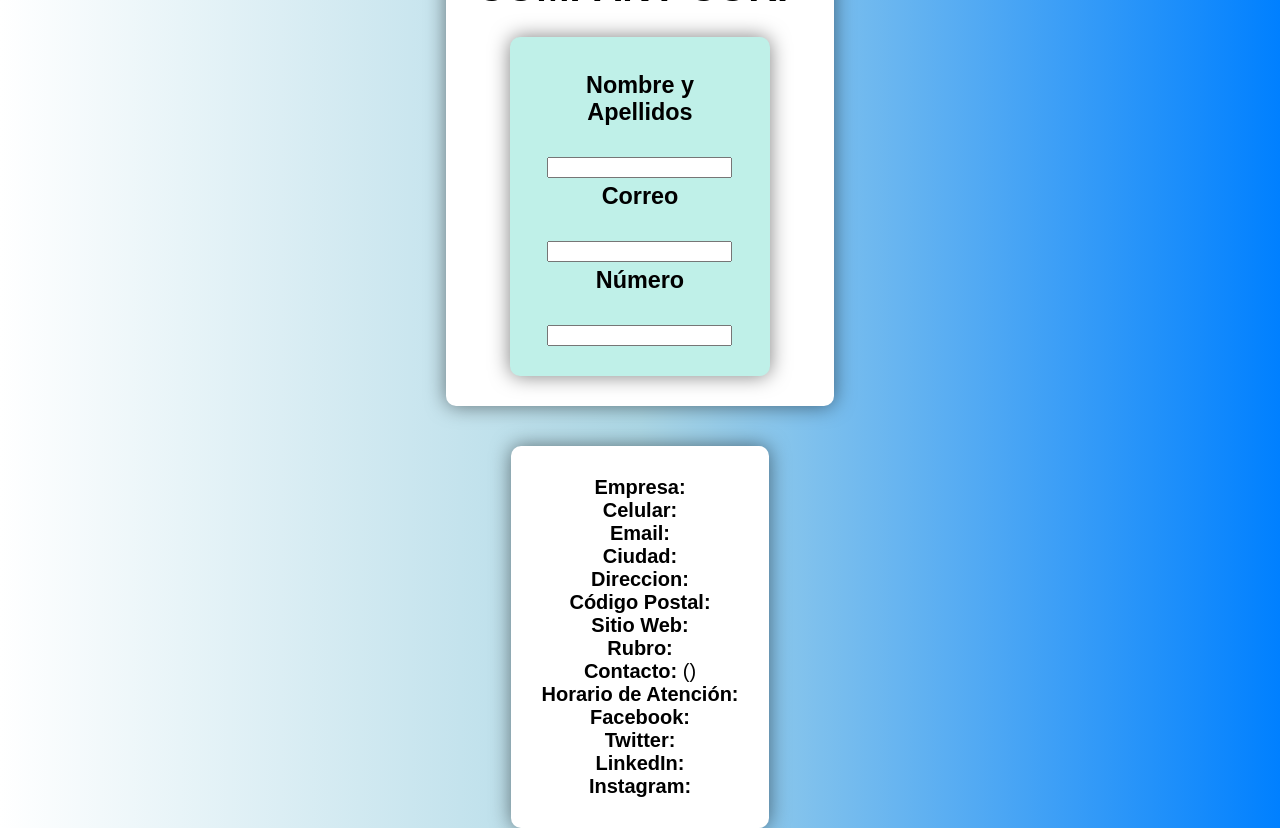
Repository: ANGELEDU141/TAREAWEBEWJASJDASJ
Page: http://localhost/JAVAWEBTAREA/WEB-INF/views/contenido.jsp
These files come from the project's save history. The page is drawn as it stood at one moment and after the next save; the edit follows.
The browser window is 1280 px wide. The pictures show the whole page.
The page is served by Tomcat 9. Nobody is signed in. The template is opened directly, without the code that normally fills it, so the values that code supplies are empty.

Above is the page before, as saved 2024-09-01 10:04:27.

After the next save:
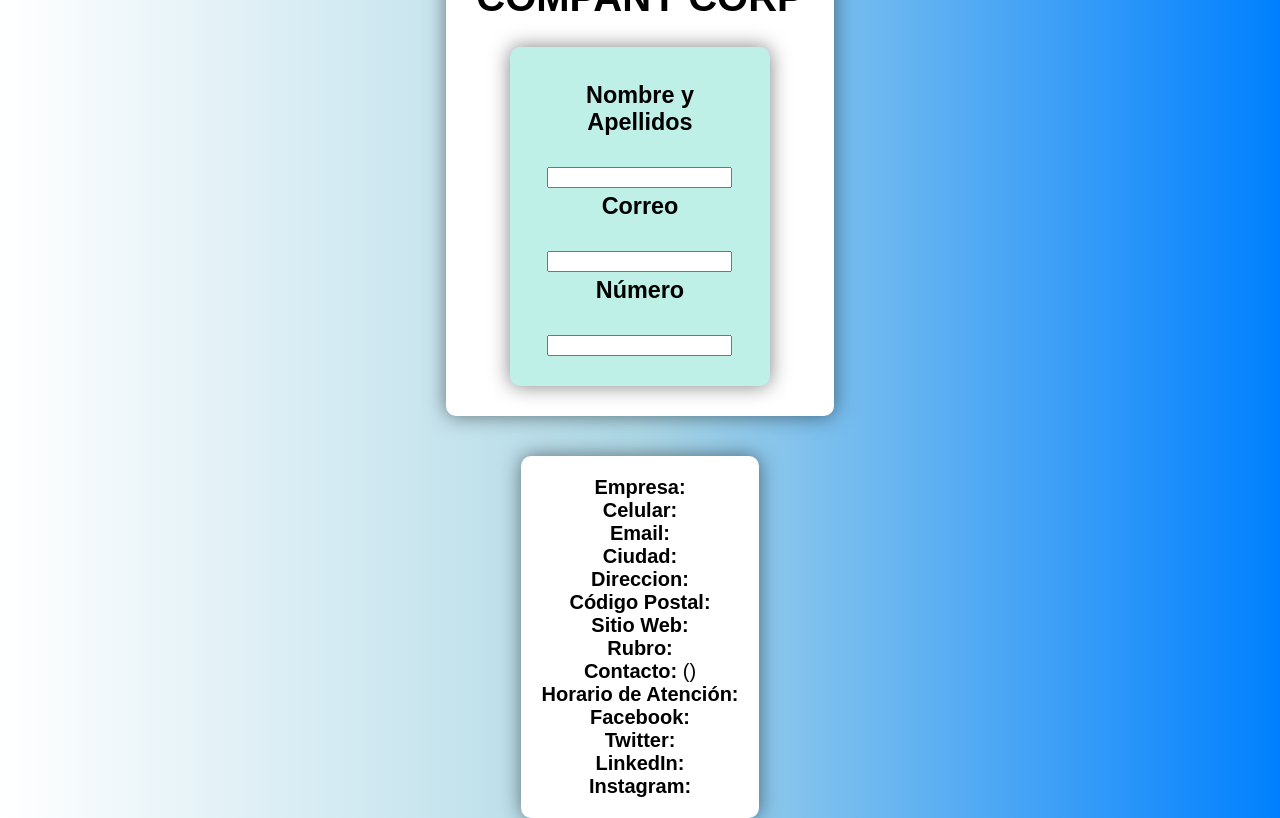
Saved 12 s later.
--- a/JAVAWEBTAREA/src/main/webapp/WEB-INF/views/contenido.jsp
+++ b/JAVAWEBTAREA/src/main/webapp/WEB-INF/views/contenido.jsp
@@ -42,7 +42,7 @@
 
  		margin-top: 40px;
         max-width: 600px;
-        padding:30px;
+        padding:20px;
         background-color: white;
         box-shadow: 0px 0px 20px rgba(0, 0, 0, 0.5);
         text-align: center;
